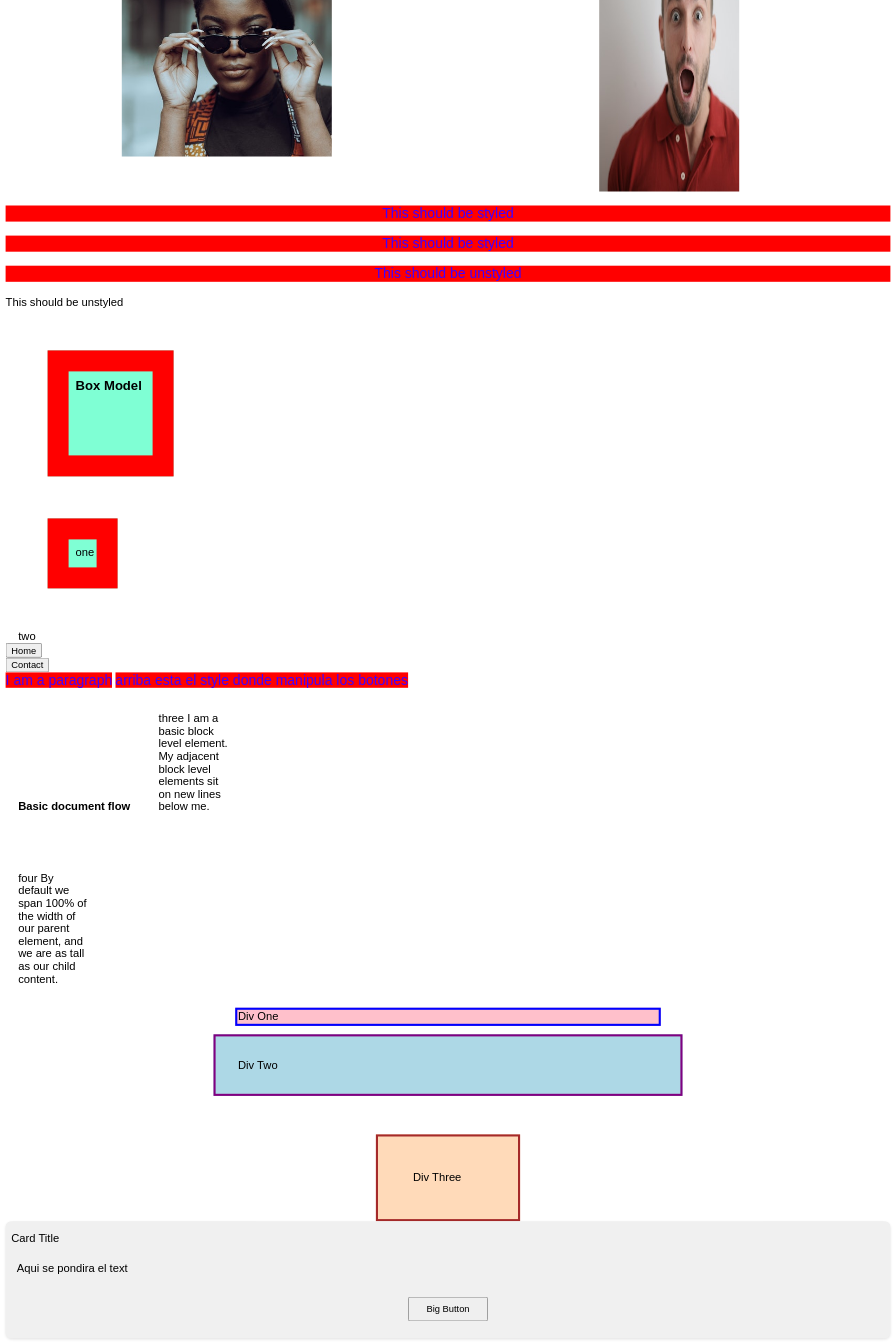
Repository: HeliosAI9/First-test-website
Page: mywebsite/html-boilerplate/pagetwo.html
An editor plug-in stored every save of this project. The page is shown before and after the next save, followed by the edit.
The browser window is 1280 px wide. The pictures show the part of the page from y = 1181 to 3101 px (the page is 3101 px tall), at 70% of full size.

Above is the page before, as saved 2023-05-31 10:10:20.
Not found: mywebsite/html-boilerplate/script.js

After the next save:
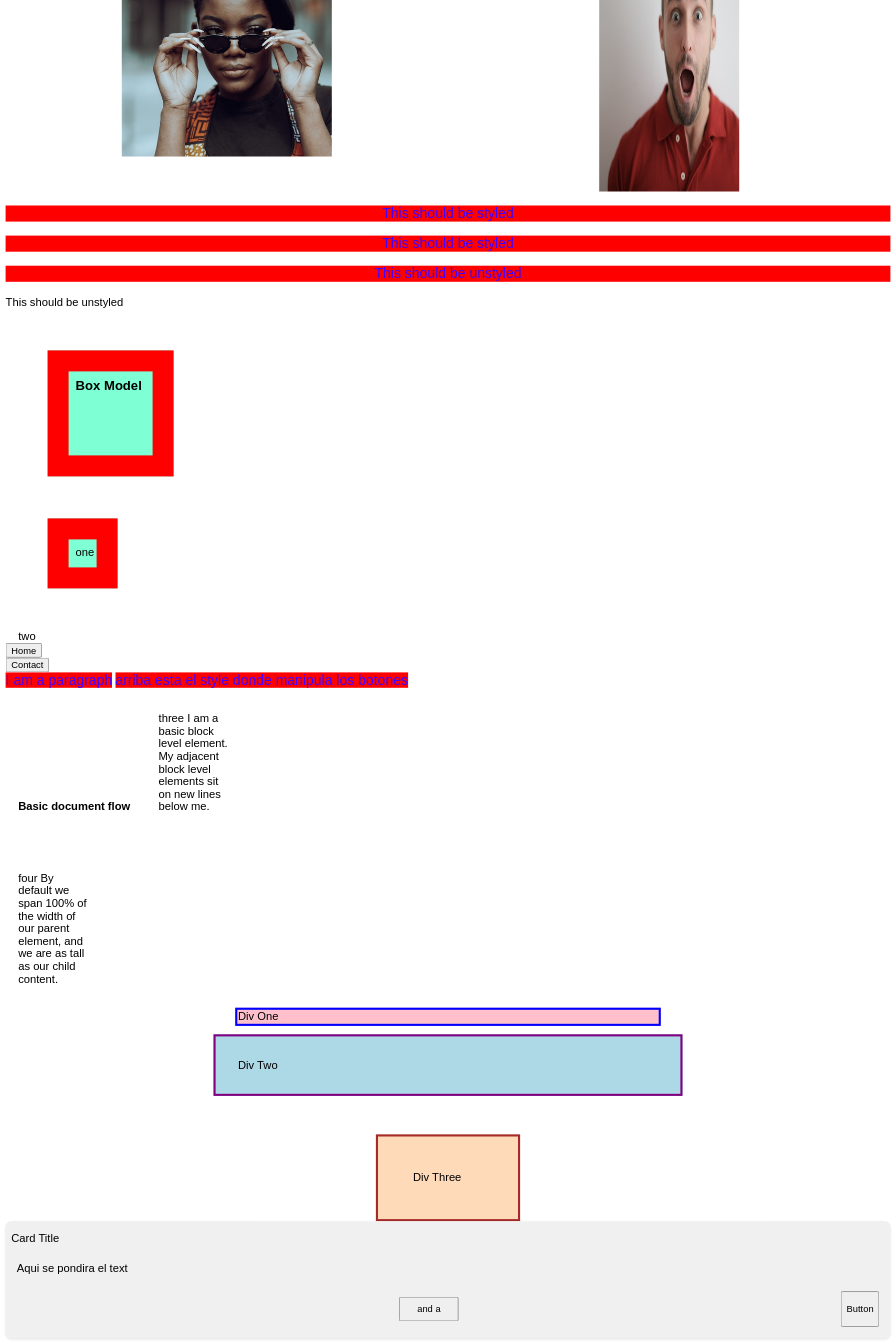
Saved 113 s later.
--- a/mywebsite/html-boilerplate/pagetwo.html
+++ b/mywebsite/html-boilerplate/pagetwo.html
@@ -93,7 +93,7 @@
       Aqui se pondira el text
     </div>
     <div class="button-container">
-      <button class="big-button">Big Button</button>
+      <button class="big-button">and a <button> Button</button>
     </div>
   </div>
 
